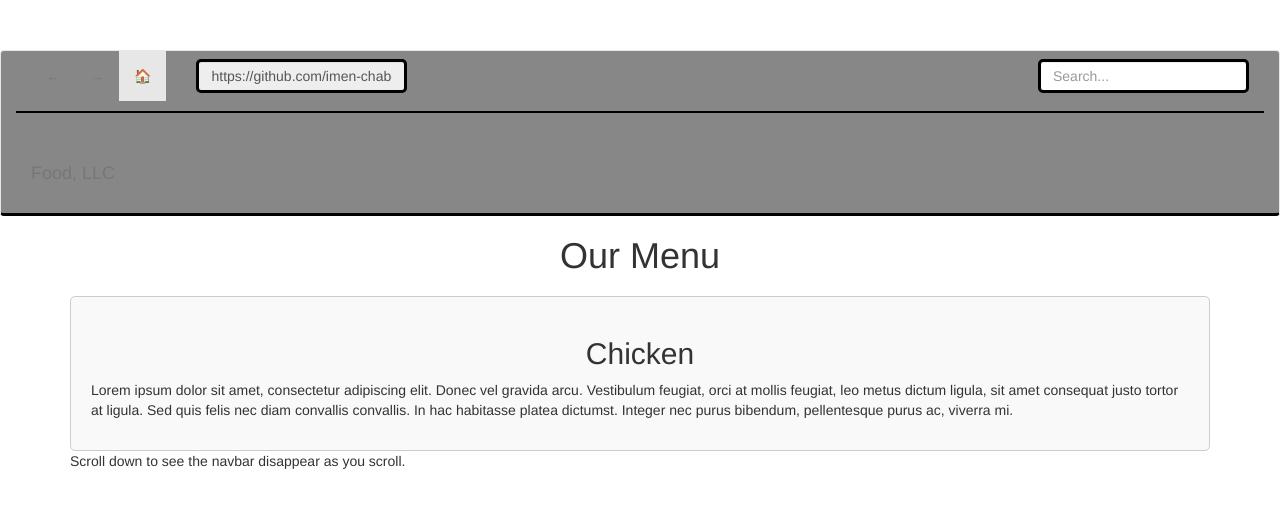
Repository: imen-chabchoub/coursera-test1
Page: mod3-solution/index.html
These files come from the project's save history. The page is drawn as it stood at one moment and after the next save; the edit follows.
The browser window is 1280 px wide. The pictures show the whole page.

Above is the page before, as saved 2025-02-12 14:51:05.

After the next save:
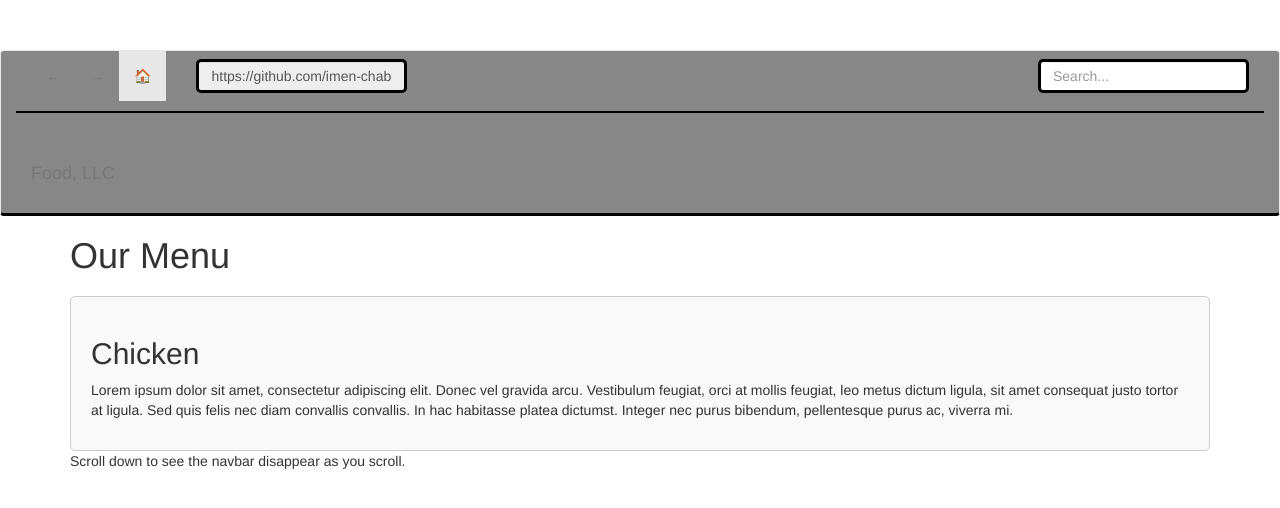
Saved 4 min 12 s later.
--- a/mod3-solution/css/style.css
+++ b/mod3-solution/css/style.css
@@ -41,9 +41,3 @@ body {
     border-radius: 5px;
     background-color: #f9f9f9;
 }
-.container h1{
-    text-align: center;
-}
-.menu-section h2{
-    text-align: center;
-}

After the save that followed:
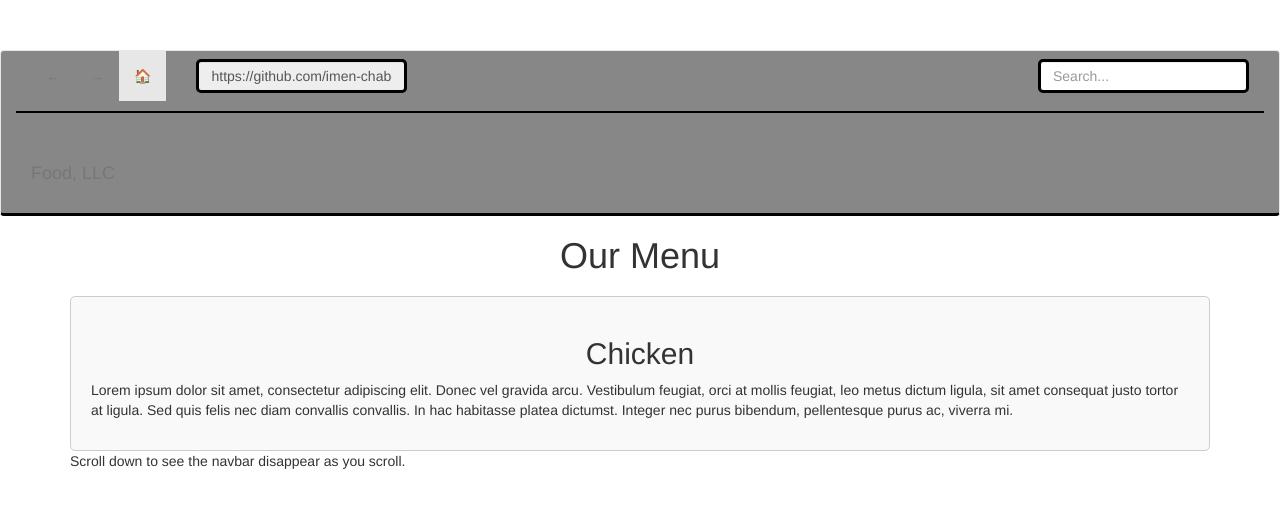
Saved 24 s later.
--- a/mod3-solution/index.html
+++ b/mod3-solution/index.html
@@ -44,9 +44,9 @@
 
     <!-- Content -->
     <div class="container">
-        <h1>Our Menu</h1>
+        <h1 class="text-center">Our Menu</h1>
         <div class="menu-section">
-            <h2>Chicken</h2>
+            <h2 class="text-center">Chicken</h2>
             <p>Lorem ipsum dolor sit amet, consectetur adipiscing elit. Donec vel gravida arcu. Vestibulum feugiat, orci at mollis feugiat, leo metus dictum ligula, sit amet consequat justo tortor at ligula. Sed quis felis nec diam convallis convallis. In hac habitasse platea dictumst. Integer nec purus bibendum, pellentesque purus ac, viverra mi.</p>
         </div>
         <p>Scroll down to see the navbar disappear as you scroll.</p>
